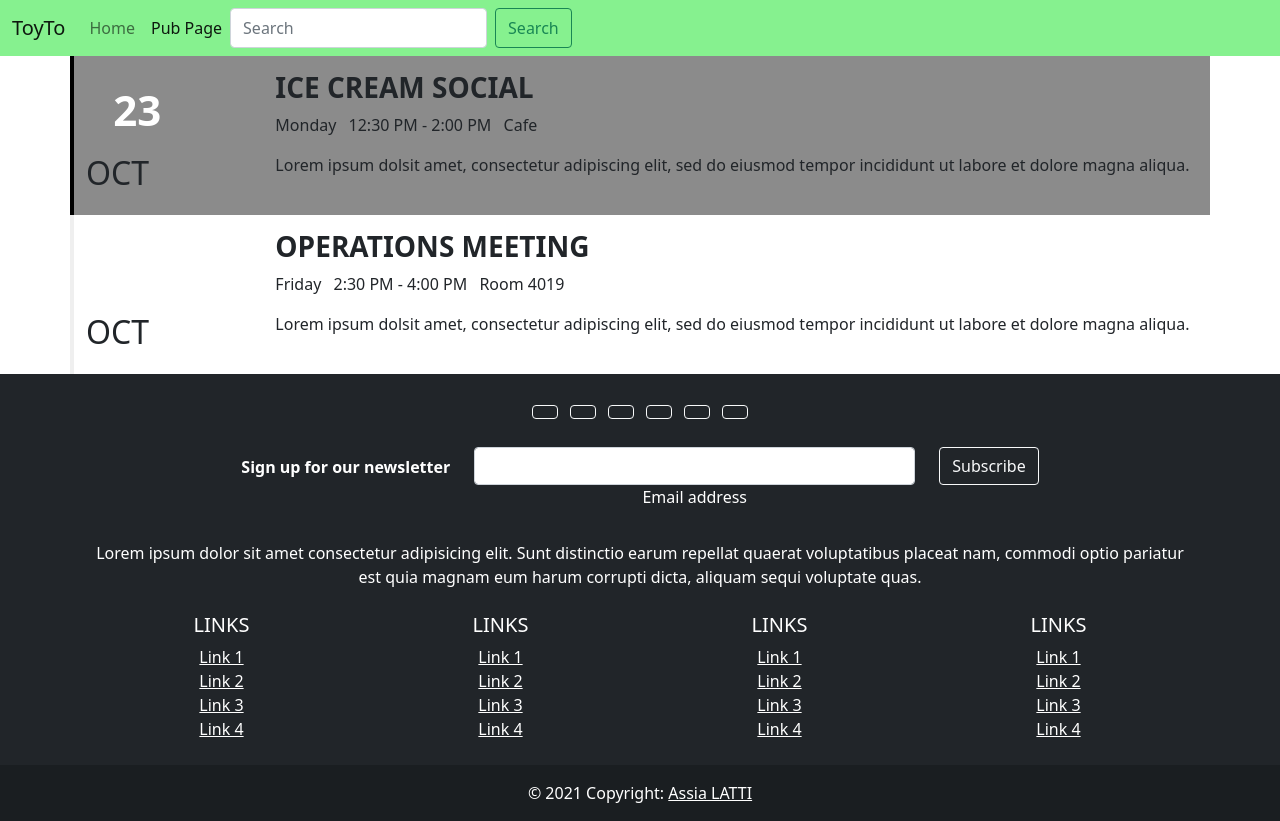
Repository: Omistusama/association
Page: pubpage.html
The author's editor kept a copy of each file at every save. The page is drawn from the files as they stood at one save, then again after the next save.
The browser window is 1280 px wide. The pictures show the whole page.
Some web libraries are served in a nearby version.

Above is the page before, as saved 2021-02-26 11:32:40.

### pubpage.html
<!DOCTYPE html>
<!--
    Page web créé dans le cadre de l'évaluation du 23/02/2021
    Auteur : Assia LATTI
    Email : lattiassia@gmail.com
-->
<html lang="fr">
    <head><meta charset="UTF-8">
        <meta charset="UTF-8"><meta name="author" content="Assia LATTI">
        <meta name="description" content="Découvrez en quoi vos anciens jouets ont été transformés !">
        <meta name="viewport" content="width=device-width, initial-scale=1.0">
        <link href="https://cdn.jsdelivr.net/npm/bootstrap@5.0.0-beta2/dist/css/bootstrap.min.css" rel="stylesheet" integrity="sha384-BmbxuPwQa2lc/FVzBcNJ7UAyJxM6wuqIj61tLrc4wSX0szH/Ev+nYRRuWlolflfl" crossorigin="anonymous">
        <script src="https://cdn.jsdelivr.net/npm/bootstrap@5.0.0-beta2/dist/js/bootstrap.bundle.min.js" integrity="sha384-b5kHyXgcpbZJO/tY9Ul7kGkf1S0CWuKcCD38l8YkeH8z8QjE0GmW1gYU5S9FOnJ0" crossorigin="anonymous"></script>
        <script src="https://cdn.jsdelivr.net/npm/@popperjs/core@2.6.0/dist/umd/popper.min.js" integrity="sha384-KsvD1yqQ1/1+IA7gi3P0tyJcT3vR+NdBTt13hSJ2lnve8agRGXTTyNaBYmCR/Nwi" crossorigin="anonymous"></script>
        <script src="https://cdn.jsdelivr.net/npm/bootstrap@5.0.0-beta2/dist/js/bootstrap.min.js" integrity="sha384-nsg8ua9HAw1y0W1btsyWgBklPnCUAFLuTMS2G72MMONqmOymq585AcH49TLBQObG" crossorigin="anonymous"></script>
        <link href="pubpagestyles.css" rel="stylesheet" >
        <title>ToyTo - Quand vos Jouets se transforment </title>
    </head>
  <body>
        <header>
            <nav class="navbar navbar-expand-lg navbar-light " style="background-color: #86f18f;">
                <div class="container-fluid">
                  <a class="navbar-brand" href="#">ToyTo</a>
                  <button class="navbar-toggler" type="button" data-bs-toggle="collapse" data-bs-target="#navbarSupportedContent" aria-controls="navbarSupportedContent" aria-expanded="false" aria-label="Toggle navigation">
                    <span class="navbar-toggler-icon"></span>
                  </button>
                  <div class="collapse navbar-collapse" id="navbarSupportedContent">
                    <ul class="navbar-nav me-auto mb-2 mb-lg-0">
                      <li class="nav-item">
                        <a class="nav-link" aria-current="page" href="#">Home</a>
                      </li>
                      <li class="nav-item">
                        <a class="nav-link active" href="#">Pub Page</a>
                      </li>
                    <form class="d-flex">
                      <input class="form-control me-2" type="search" placeholder="Search" aria-label="Search">
                      <button class="btn btn-outline-success" type="submit">Search</button>
                    </form>
                  </div>
                </div>
              </nav>
        </header>
        <div class="container">
            <div class="row row-striped">
                <div class="col-2 text-right">
                    <h1 class="display-4"><span class="badge badge-secondary">23</span></h1>
                    <h2>OCT</h2>
                </div>
                <div class="col-10">
                    <h3 class="text-uppercase"><strong>Ice Cream Social</strong></h3>
                    <ul class="list-inline">
                        <li class="list-inline-item"><i class="fa fa-calendar-o" aria-hidden="true"></i> Monday</li>
                        <li class="list-inline-item"><i class="fa fa-clock-o" aria-hidden="true"></i> 12:30 PM - 2:00 PM</li>
                        <li class="list-inline-item"><i class="fa fa-location-arrow" aria-hidden="true"></i> Cafe</li>
                    </ul>
                    <p>Lorem ipsum dolsit amet, consectetur adipiscing elit, sed do eiusmod tempor incididunt ut labore et dolore magna aliqua.</p>
                </div>
            </div>
            <div class="row row-striped">
                <div class="col-2 text-right">
                    <h1 class="display-4"><span class="badge badge-secondary text-black">27</span></h1>
                    <h2>OCT</h2>
                </div>
                <div class="col-10">
                    <h3 class="text-uppercase"><strong>Operations Meeting</strong></h3>
                    <ul class="list-inline">
                        <li class="list-inline-item"><i class="fa fa-calendar-o" aria-hidden="true"></i> Friday</li>
                        <li class="list-inline-item"><i class="fa fa-clock-o" aria-hidden="true"></i> 2:30 PM - 4:00 PM</li>
                        <li class="list-inline-item"><i class="fa fa-location-arrow" aria-hidden="true"></i> Room 4019</li>
                    </ul>
                    <p>Lorem ipsum dolsit amet, consectetur adipiscing elit, sed do eiusmod tempor incididunt ut labore et dolore magna aliqua.</p>
                </div>
            </div>
        </div>
        <!-- Footer -->
        <footer class="bg-dark text-center text-white">
            <!-- Grid container -->
            <div class="container p-4">
            <!-- Section: Social media -->
            <section class="mb-4">
                <!-- Facebook -->
                <a class="btn btn-outline-light btn-floating m-1" href="#!" role="button"><i class="fab fa-facebook-f"></i></a>

                <!-- Twitter -->
                <a class="btn btn-outline-light btn-floating m-1" href="#!" role="button"
                ><i class="fab fa-twitter"></i
                ></a>

                <!-- Google -->
                <a class="btn btn-outline-light btn-floating m-1" href="#!" role="button"
                ><i class="fab fa-google"></i
                ></a>

                <!-- Instagram -->
                <a class="btn btn-outline-light btn-floating m-1" href="#!" role="button"
                ><i class="fab fa-instagram"></i
                ></a>

                <!-- Linkedin -->
                <a class="btn btn-outline-light btn-floating m-1" href="#!" role="button"
                ><i class="fab fa-linkedin-in"></i
                ></a>

                <!-- Github -->
                <a class="btn btn-outline-light btn-floating m-1" href="#!" role="button"
                ><i class="fab fa-github"></i
                ></a>
            </section>
            <!-- Section: Social media -->

            <!-- Section: Form -->
            <section class="">
                <form action="">
                <!--Grid row-->
                <div class="row d-flex justify-content-center">
                    <!--Grid column-->
                    <div class="col-auto">
                    <p class="pt-2">
                        <strong>Sign up for our newsletter</strong>
                    </p>
                    </div>
                    <!--Grid column-->

                    <!--Grid column-->
                    <div class="col-md-5 col-12">
                    <!-- Email input -->
                    <div class="form-outline form-white mb-4">
                        <input type="email" id="form5Example2" class="form-control" />
                        <label class="form-label" for="form5Example2">Email address</label>
                    </div>
                    </div>
                    <!--Grid column-->

                    <!--Grid column-->
                    <div class="col-auto">
                    <!-- Submit button -->
                    <button type="submit" class="btn btn-outline-light mb-4">
                        Subscribe
                    </button>
                    </div>
                    <!--Grid column-->
                </div>
                <!--Grid row-->
                </form>
            </section>
            <!-- Section: Form -->

            <!-- Section: Text -->
            <section class="mb-4">
                <p>
                Lorem ipsum dolor sit amet consectetur adipisicing elit. Sunt distinctio earum
                repellat quaerat voluptatibus placeat nam, commodi optio pariatur est quia magnam
                eum harum corrupti dicta, aliquam sequi voluptate quas.
                </p>
            </section>
            <!-- Section: Text -->

            <!-- Section: Links -->
            <section class="">
                <!--Grid row-->
                <div class="row">
                <!--Grid column-->
                <div class="col-lg-3 col-md-6 mb-4 mb-md-0">
                    <h5 class="text-uppercase">Links</h5>

                    <ul class="list-unstyled mb-0">
                    <li>
                        <a href="#!" class="text-white">Link 1</a>
                    </li>
                    <li>
                        <a href="#!" class="text-white">Link 2</a>
                    </li>
                    <li>
                        <a href="#!" class="text-white">Link 3</a>
                    </li>
                    <li>
                        <a href="#!" class="text-white">Link 4</a>
                    </li>
                    </ul>
                </div>
                <!--Grid column-->

                <!--Grid column-->
                <div class="col-lg-3 col-md-6 mb-4 mb-md-0">
                    <h5 class="text-uppercase">Links</h5>

                    <ul class="list-unstyled mb-0">
                    <li>
                        <a href="#!" class="text-white">Link 1</a>
                    </li>
                    <li>
                        <a href="#!" class="text-white">Link 2</a>
                    </li>
                    <li>
                        <a href="#!" class="text-white">Link 3</a>
                    </li>
                    <li>
                        <a href="#!" class="text-white">Link 4</a>
                    </li>
                    </ul>
                </div>
                <!--Grid column-->

                <!--Grid column-->
                <div class="col-lg-3 col-md-6 mb-4 mb-md-0">
                    <h5 class="text-uppercase">Links</h5>

                    <ul class="list-unstyled mb-0">
                    <li>
                        <a href="#!" class="text-white">Link 1</a>
                    </li>
                    <li>
                        <a href="#!" class="text-white">Link 2</a>
                    </li>
                    <li>
                        <a href="#!" class="text-white">Link 3</a>
                    </li>
                    <li>
                        <a href="#!" class="text-white">Link 4</a>
                    </li>
                    </ul>
                </div>
                <!--Grid column-->

                <!--Grid column-->
                <div class="col-lg-3 col-md-6 mb-4 mb-md-0">
                    <h5 class="text-uppercase">Links</h5>

                    <ul class="list-unstyled mb-0">
                    <li>
                        <a href="#!" class="text-white">Link 1</a>
                    </li>
                    <li>
                        <a href="#!" class="text-white">Link 2</a>
                    </li>
                    <li>
                        <a href="#!" class="text-white">Link 3</a>
                    </li>
                    <li>
                        <a href="#!" class="text-white">Link 4</a>
                    </li>
                    </ul>
                </div>
                <!--Grid column-->
                </div>
                <!--Grid row-->
            </section>
            <!-- Section: Links -->
            </div>
            <!-- Grid container -->

            <!-- Copyright -->
            <div class="text-center p-3" style="background-color: rgba(0, 0, 0, 0.2);">
            © 2021 Copyright:
            <a class="text-white" href="">Assia LATTI</a>
            </div>
            <!-- Copyright -->
        </footer>
        <!-- Footer -->
    </body>
</html>

### pubpagestyles.css
.row-striped:nth-of-type(odd){
    background-color: #8b8b8b;
    border-left: 4px #000000 solid;
  }

  .row-striped:nth-of-type(even){
    background-color: #ffffff;
    border-left: 4px #efefef solid;
  }

  .row-striped {
      padding: 15px 0;
  }

After the next save:
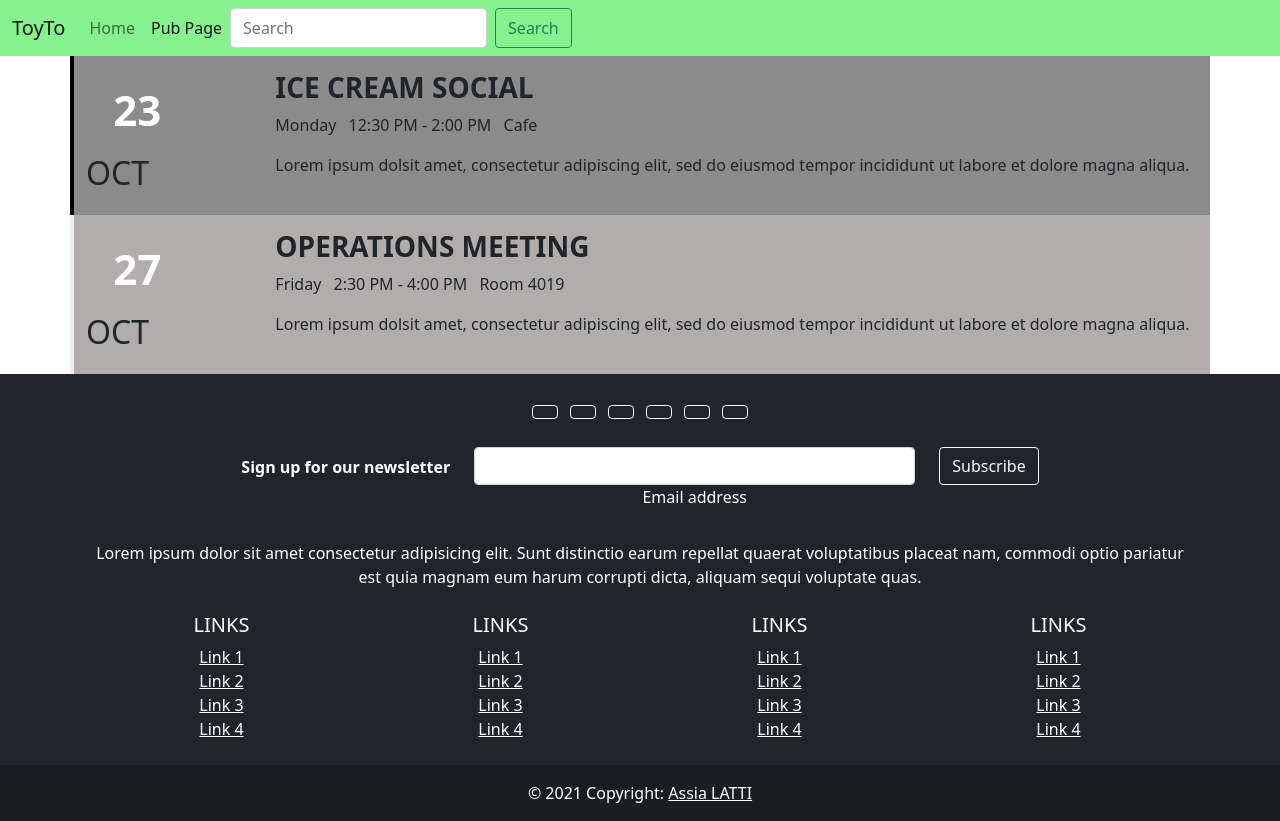
Saved 114 s later.
--- a/pubpagestyles.css
+++ b/pubpagestyles.css
@@ -4,7 +4,7 @@
   }
 
   .row-striped:nth-of-type(even){
-    background-color: #ffffff;
+    background-color: #b1adad;
     border-left: 4px #efefef solid;
   }
 
